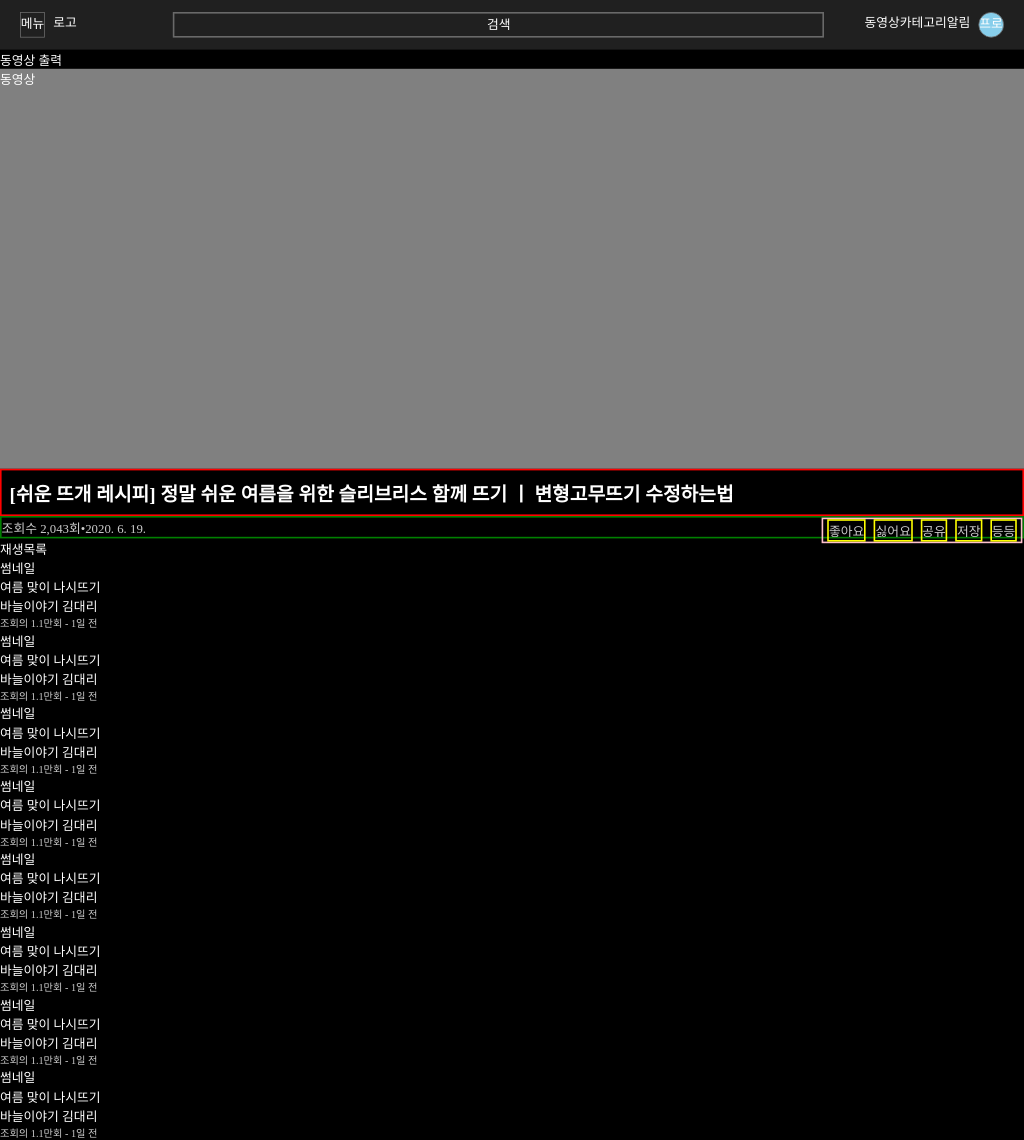
Repository: roseline0912/LikeLion
Page: YouTube_Clone/youtube.html
The author's editor kept a record of every edit. The page is drawn from the files as they stood at one moment, then again after the next edit.
The browser window is 1280 px wide. The pictures show the whole page, at 80% of full size.

Above is the page before.

After the next edit:
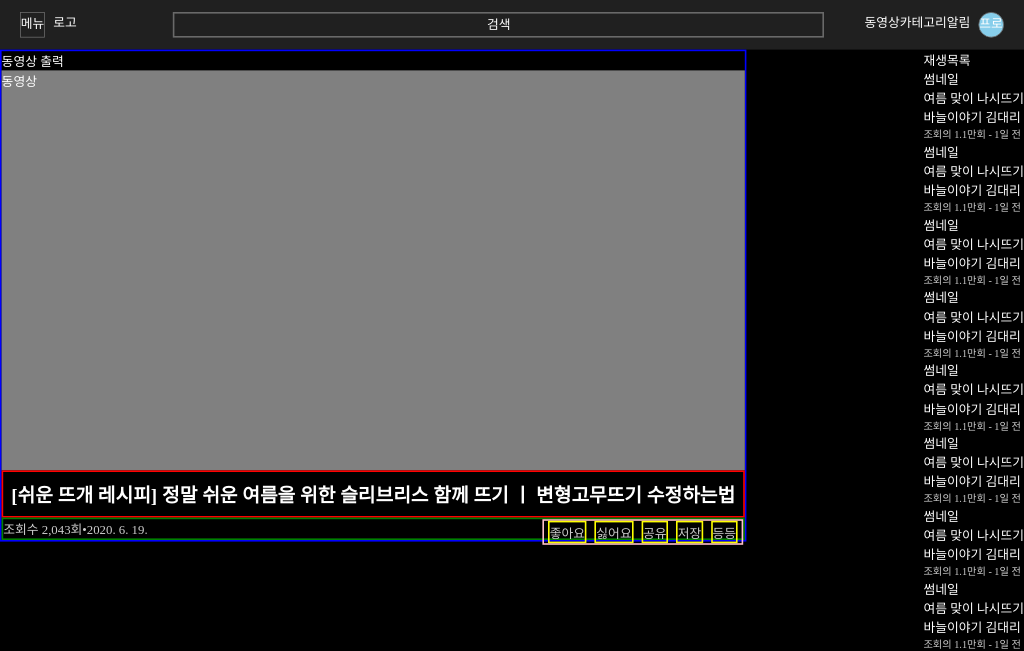
The edit:
--- a/YouTube_Clone/youtube.html
+++ b/YouTube_Clone/youtube.html
@@ -18,6 +18,7 @@
         <div class="nav-profile nav-item">프로필</div>
     </nav>
 
+    <div class="container">
     <section class="left-section">동영상 출력
     <div class="video-area">동영상</div>
     <div class="video-title">[쉬운 뜨개 레시피] 정말 쉬운 여름을 위한 슬리브리스 함께 뜨기 ㅣ 변형고무뜨기 수정하는법</div>
